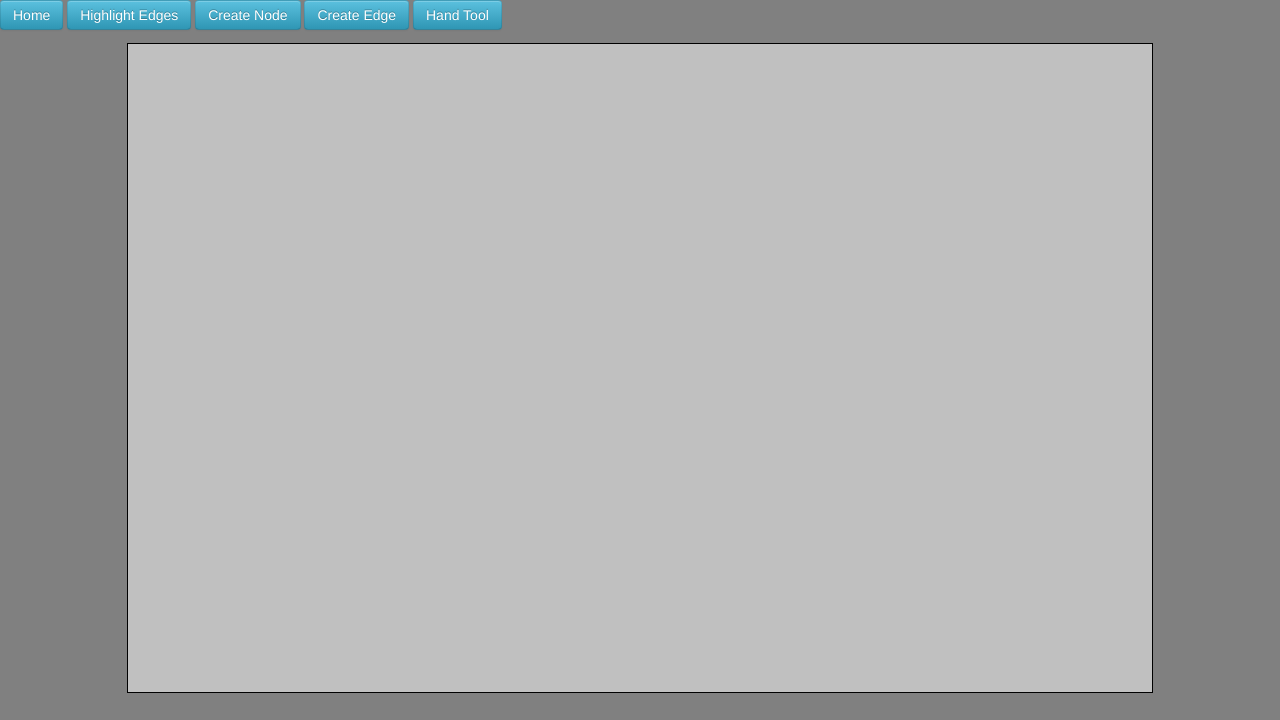
Repository: OrionDevelopers/projectwall
Page: graphSubjectPrototype2(usingKintetic)/graphSubjectPrototype2/graphSubject.html
The author's editor kept a copy of each file at every save. The page is drawn from the files as they stood at one save, then again after the next save.
The browser window is 1280 px wide. The pictures show the whole page.

Above is the page before, as saved 2013-04-18 08:50:11.
Console error: ReferenceError: onBodyLoad is not defined

After the next save:
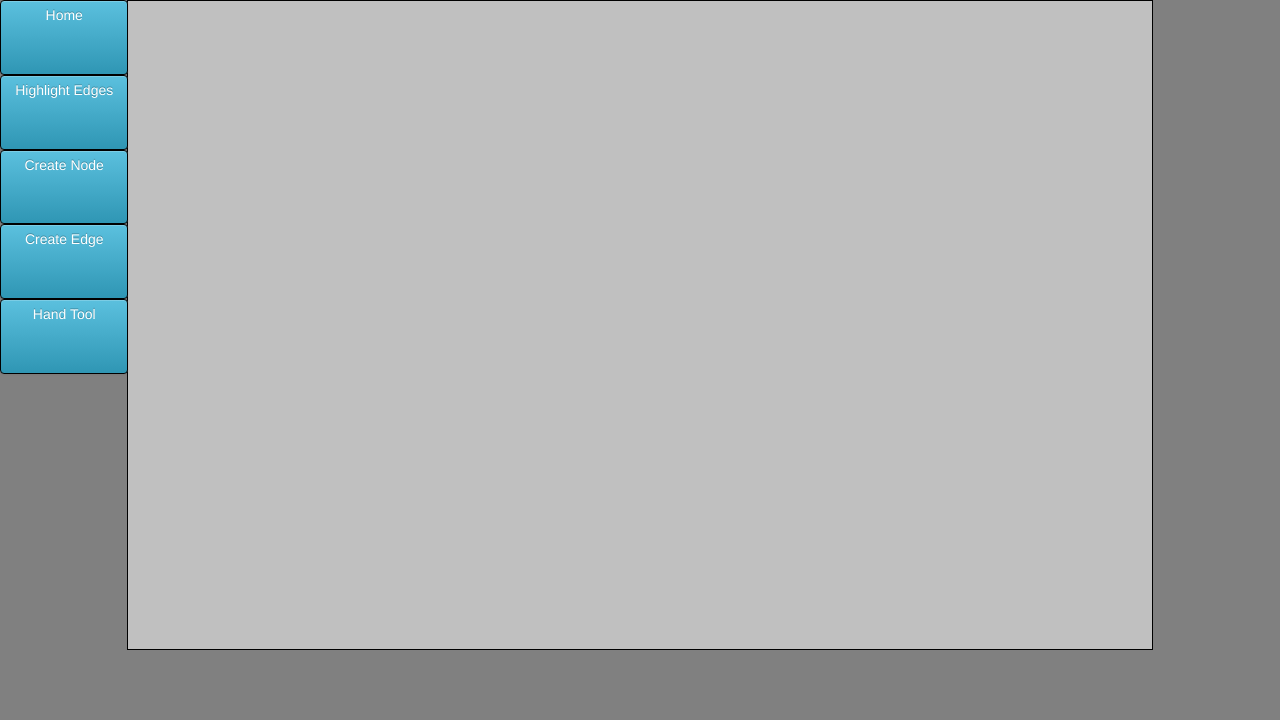
Saved 32 s later.
--- a/graphSubjectPrototype2(usingKintetic)/graphSubjectPrototype2/css/graphSubject.css
+++ b/graphSubjectPrototype2(usingKintetic)/graphSubjectPrototype2/css/graphSubject.css
@@ -11,9 +11,23 @@ body,html{
 #container{
 	width:80%;
 	height:90%;
-	margin-top:1%;
 	margin-left:auto;
 	margin-right:auto;
 	border:1px solid black;
 	background-color: silver;
 }
+#menuBar{
+	position: relative;
+	float:left;
+	width:10%;
+	height:90%;
+
+}
+.menuButton{
+	height:10%;
+	width:80%;
+	text-align: center;
+	border:1px solid black;
+	background-color: #C0C0C0;
+
+}
